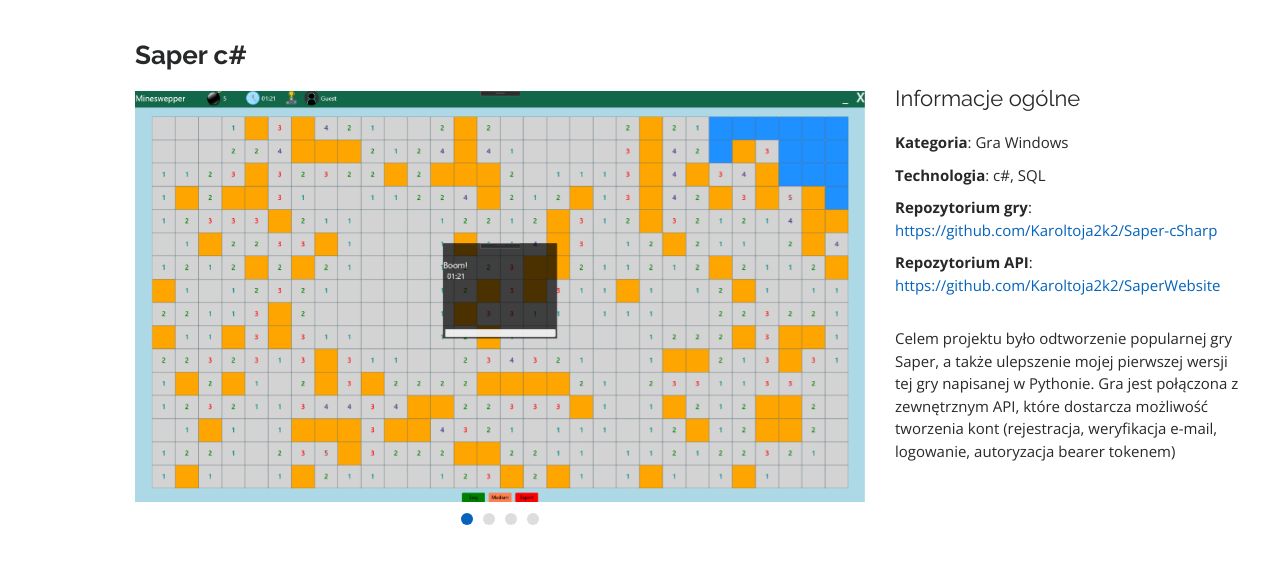
Repository: Karoltoja2k2/MyResume
Page: mineswepperC#-details.html
An editor plug-in stored every save of this project. The page is shown before and after a run of saves, followed by the edit.
The browser window is 1280 px wide. The pictures show the whole page.
Pictures or frames that could not be fetched are drawn as grey boxes.

Above is the page before, as saved 2020-06-21 14:52:27.

After the next 2 saves:
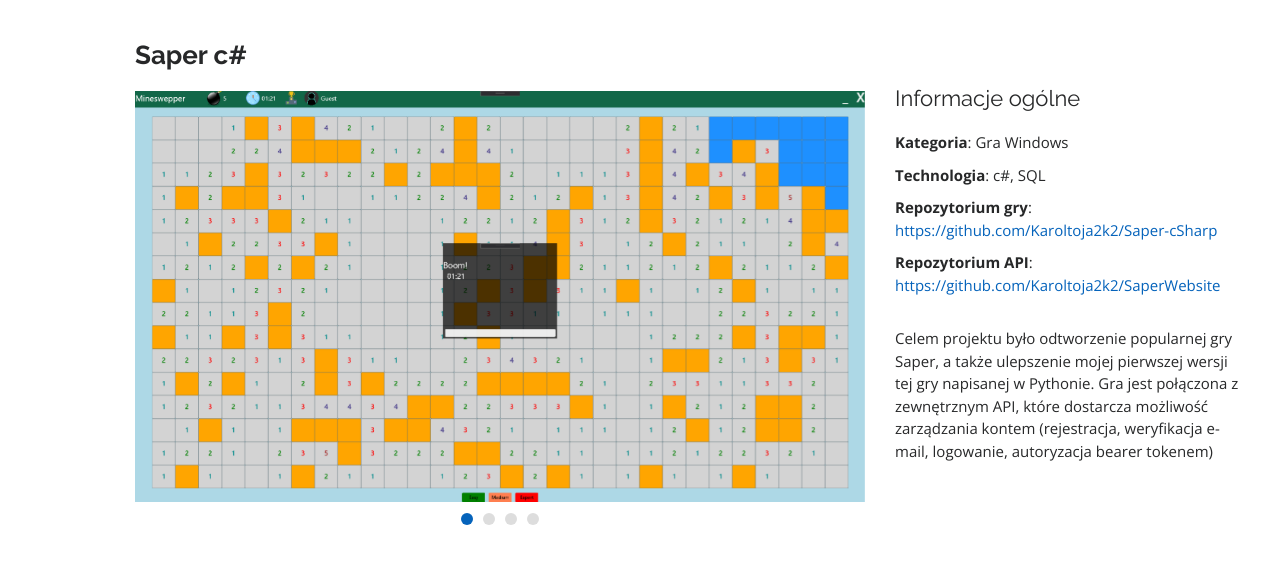
The 2 saves are shown as one change because they came seconds apart.
The last was saved 34 s later.
--- a/mineswepperC#-details.html
+++ b/mineswepperC#-details.html
@@ -68,7 +68,7 @@
 
             <p>
               Celem projektu było odtworzenie popularnej gry Saper, a także ulepszenie mojej pierwszej wersji tej gry napisanej w Pythonie.
-              Gra jest połączona z zewnętrznym API, które dostarcza możliwość tworzenia kont (rejestracja, weryfikacja e-mail, logowanie,
+              Gra jest połączona z zewnętrznym API, które dostarcza możliwość zarządzania kontem (rejestracja, weryfikacja e-mail, logowanie,
               autoryzacja bearer tokenem)
             </p>
           </div>
